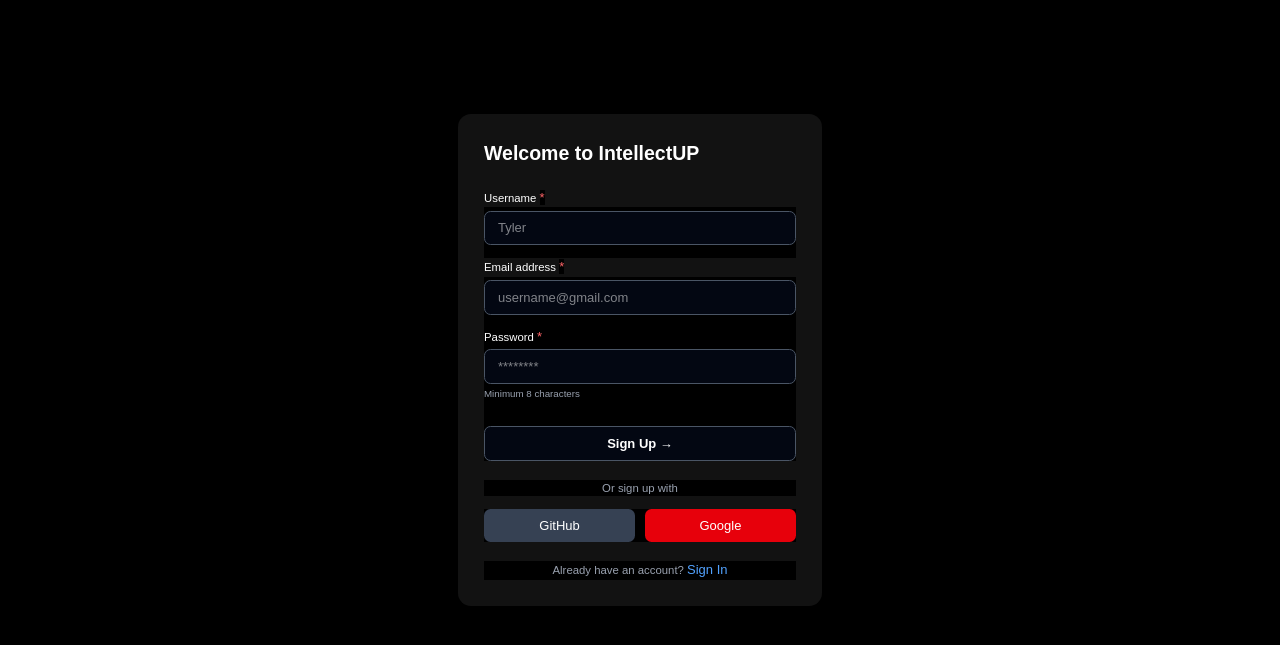
Repository: Meruem09/Briskly
Page: / (app in briskly/)
The author's editor kept a copy of each file at every save. The page is drawn from the files as they stood at one save, then again after the next save.
The browser window is 1280 px wide. The pictures show the whole page.
The page's requests for data from a server got no answer. The project was rebuilt for these pictures with package versions that can differ from the ones it lists, and the page was loaded fresh each time. Some packages were replaced by stand-ins written for this rebuild. No one was signed in, and anything a server would have sent is missing. Also part of the build but not shown: briskly/vite.config.js, briskly/src/component/SIgnInPage.jsx, briskly/src/component/Main.jsx, briskly/src/component/OnBoarding.jsx.

Above is the page before, as saved 2025-07-08 16:46:11.

After the next save:
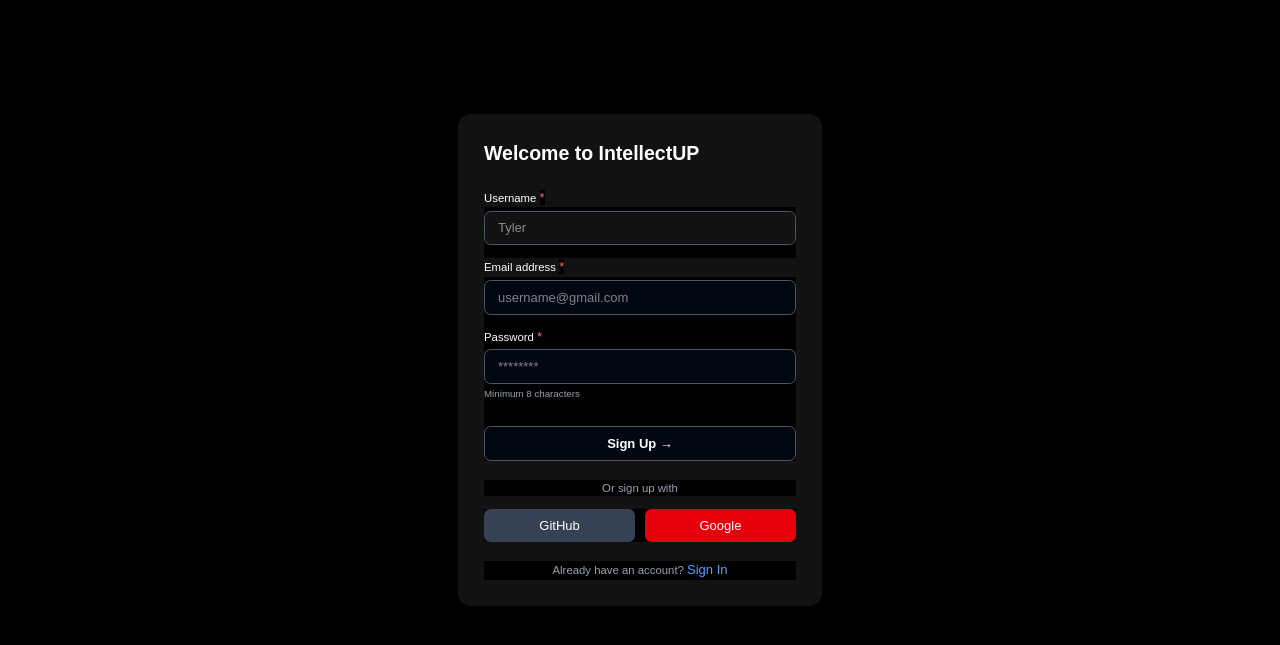
Saved 14 s later.
--- a/briskly/src/component/SignUpPage.jsx
+++ b/briskly/src/component/SignUpPage.jsx
@@ -217,7 +217,7 @@
               value={username}
               onChange={(e) => setUsername(e.target.value)}
               disabled={isLoading || showVerification}
-              className="w-full  px-4 py-2 bg-gray-950 text-white rounded-lg border border-gray-600 hover:bg-gray-900 focus:outline-none focus:ring-2 focus:ring-blue-500 disabled:opacity-50"
+              className="w-full  px-4 py-2 bg-[#121212] text-white rounded-lg border border-gray-600 hover:bg-gray-900 focus:outline-none focus:ring-2 focus:ring-blue-500 disabled:opacity-50"
               required
             />
           </div>

After the save that followed:
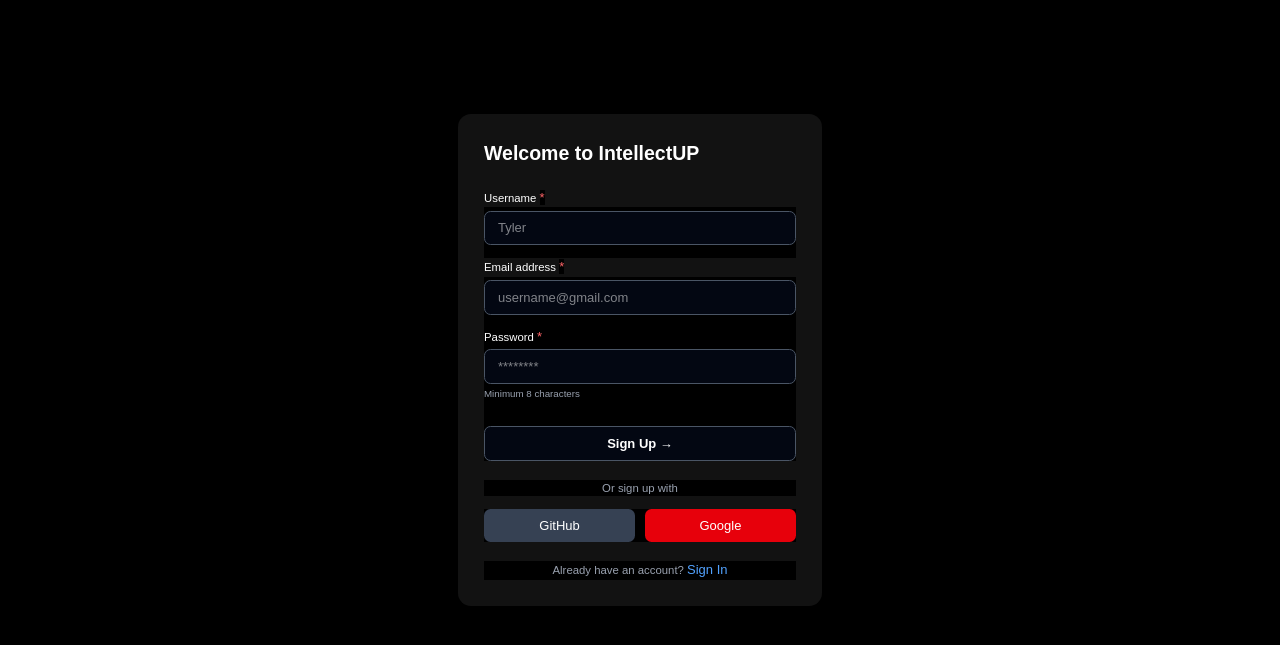
Saved 6 s later.
--- a/briskly/src/component/SignUpPage.jsx
+++ b/briskly/src/component/SignUpPage.jsx
@@ -217,7 +217,7 @@
               value={username}
               onChange={(e) => setUsername(e.target.value)}
               disabled={isLoading || showVerification}
-              className="w-full  px-4 py-2 bg-[#121212] text-white rounded-lg border border-gray-600 hover:bg-gray-900 focus:outline-none focus:ring-2 focus:ring-blue-500 disabled:opacity-50"
+              className="w-full  px-4 py-2 bg-gray-950 text-white rounded-lg border border-gray-600 hover:bg-gray-900 focus:outline-none focus:ring-2 focus:ring-blue-500 disabled:opacity-50"
               required
             />
           </div>
